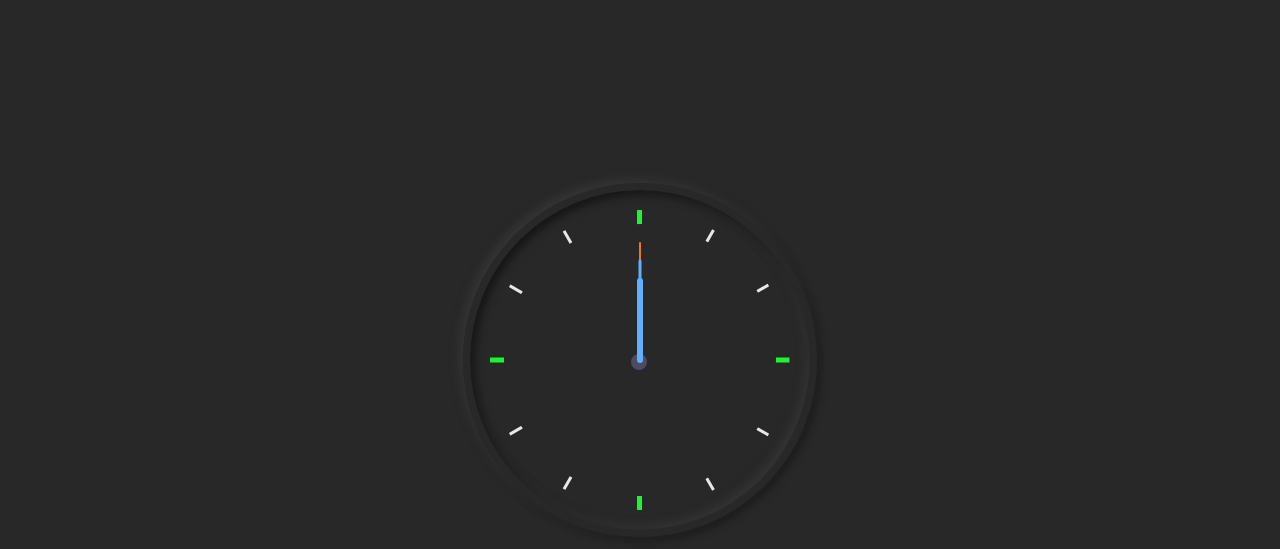
Repository: sunlianglife/code-analysis
Page: css动画/简易时钟/index.html
An editor plug-in stored every save of this project. The page is shown before and after the next save, followed by the edit.
The browser window is 1280 px wide. The pictures show the whole page.

Above is the page before, as saved 2021-08-19 16:19:55.
Console error: TypeError: Cannot read properties of null (reading 'style')

### css动画/简易时钟/index.html
<!DOCTYPE html>
<html lang="en">
<head>
  <meta charset="UTF-8">
  <meta http-equiv="X-UA-Compatible" content="IE=edge">
  <meta name="viewport" content="width=device-width, initial-scale=1.0">
  <title>Document</title>
  <link rel="stylesheet" type="text/css" href="./index.css">
  <script src="./index.js" type="text/javascript"></script>
</head>

<body>
  <div class="clock">
    <div class="outer-clock-face">
      <div class="marking marking-one"></div>
      <div class="marking marking-two"></div>
      <div class="marking marking-three"></div>
      <div class="marking marking-four"></div>
    </div>
    <div class="inner-clock-face">
    </div>
    <div class="hand hour-hand"></div>
    <div class="hand min-hand"></div>
    <div class="hand second-hand"></div>
  </div>

</body>

</html>

### css动画/简易时钟/index.css
html {
  background: #282828;
  text-align: center;
  font-size: 10px;
}

body {
  margin: 0;
  font-size: 2rem;
  display: flex;
  flex: 1;
  min-height: 100vh;
  align-items: center;
}

.clock {
  width: 30rem;
  height: 30rem;
  border: 7px solid #282828;
  box-shadow: -4px -4px 10px rgba(67, 67, 67, 0.5),
    4px 4px 10px rgba(0, 0, 0, 0.3),
    4px 4px 10px rgba(0, 0, 0, 0.5) inset,
    -4px -4px 10px rgba(67, 67, 67, 0.5) inset;
  border-radius: 50%;
  margin: 50px auto;
  position: relative;
  padding: 2rem;
}

.outer-clock-face {
  position: relative;
  width: 100%;
  height: 100%;
  border-radius: 100%;
  background: #282828;
  overflow: hidden;
}

.outer-clock-face::after {
  -webkit-transform: rotate(90deg);
  -moz-transform: rotate(90deg);
  transform: rotate(90deg)
}

.outer-clock-face::before,
.outer-clock-face::after,
.outer-clock-face .marking{
  content: '';
  position: absolute;
  width: 5px;
  height: 100%;
  background: #1df52f;
  z-index: 0;
  left: 49%;
}

.outer-clock-face .marking {
  background: #ebe5ec;
  width: 3px;
}

.outer-clock-face .marking.marking-one {
  transform: rotate(30deg)
}

.outer-clock-face .marking.marking-two {
  transform: rotate(60deg)
}

.outer-clock-face .marking.marking-three {
  transform: rotate(120deg)
}

.outer-clock-face .marking.marking-four {
  transform: rotate(150deg)
}

.inner-clock-face {
  position: absolute;
  top: 10%;
  left: 10%;
  width: 80%;
  height: 80%;
  background: #282828;
  -webkit-border-radius: 100%;
  -moz-border-radius: 100%;
  border-radius: 100%;
  z-index: 1;
}

.inner-clock-face::before {
  content: '';
  position: absolute;
  top: 50%;
  border-radius: 18px;
  margin-left: -9px;
  margin-top: -6px;
  left: 50%;
  width: 16px;
  height: 16px;
  background: #4d4b63;
  z-index: 11;
}

.hand {
  width: 50%;
  right: 50%;
  height: 6px;
  background: #61afff;
  position: absolute;
  top: 50%;
  border-radius: 6px;
  transform-origin: 100%;
  transform: rotate(90deg);
  transition-timing-function: cubic-bezier(0.1, 2.7, 0.58, 1);
}

.hand.hour-hand {
  width: 25%;
  z-index: 3;
}

.hand.min-hand {
  height: 3px;
  z-index: 4;
  width: 30%;
}

.hand.second-hand {
  background: #ee791a;
  width: 35%;
  height: 2px;
  z-index: 2;
}

### css动画/简易时钟/index.js
const secondHand = document.querySelector('.second-hand');
const minsHand = document.querySelector('.min-hand');
const hourHand = document.querySelector('.hour-hand');
debugger
function setDate() {
  const now = new Date();

  const seconds = now.getSeconds(); // second hand rotation
  const secondsDegrees = ((seconds / 60) * 360) + 90;
  secondHand.style.transform = `rotate(${secondsDegrees}deg)`;

  const mins = now.getMinutes(); // minutes hand rotation
  const minsDegrees = ((mins / 60) * 360) + ((seconds / 60) * 6) + 90;
  minsHand.style.transform = `rotate(${minsDegrees}deg)`;

  const hour = now.getHours(); // Hours hand rotation
  const hourDegrees = ((hour / 12) * 360) + ((mins / 60) * 30) + 90;
  hourHand.style.transform = `rotate(${hourDegrees}deg)`;
}

setInterval(setDate, 1000);

setDate();

After the next save:
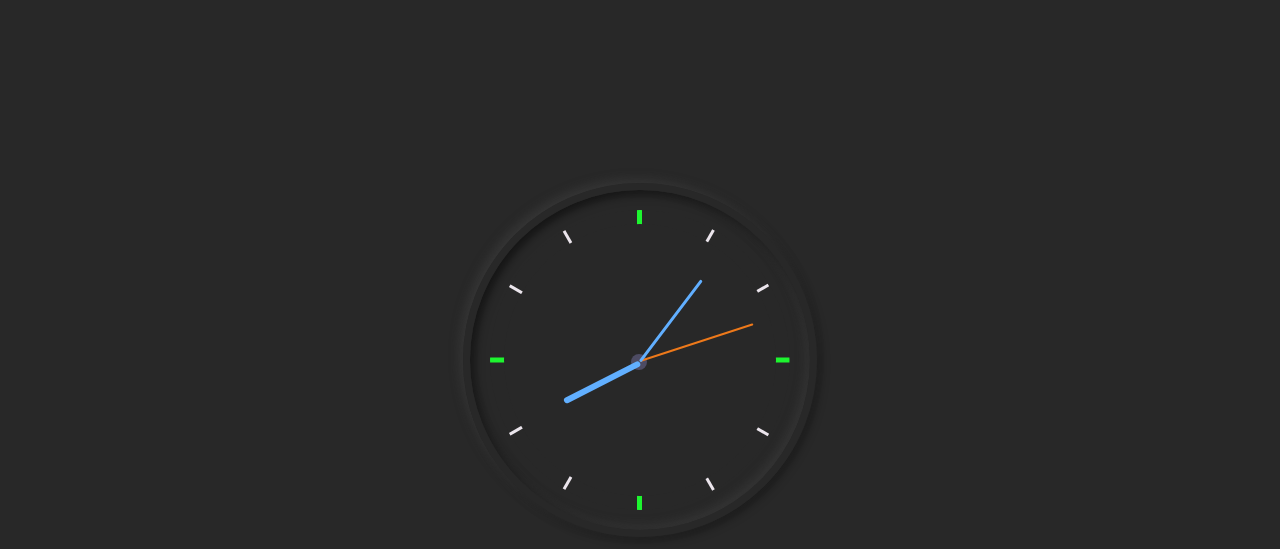
The error is gone.
Saved 72 s later.
--- a/css动画/简易时钟/index.html
+++ b/css动画/简易时钟/index.html
@@ -6,7 +6,7 @@
   <meta name="viewport" content="width=device-width, initial-scale=1.0">
   <title>Document</title>
   <link rel="stylesheet" type="text/css" href="./index.css">
-  <script src="./index.js" type="text/javascript"></script>
+  <!-- <script src="./index.js" type="text/javascript"></script> -->
 </head>
 
 <body>
@@ -23,7 +23,32 @@
     <div class="hand min-hand"></div>
     <div class="hand second-hand"></div>
   </div>
+  <script>
+    const secondHand = document.querySelector('.second-hand');
+    const minsHand = document.querySelector('.min-hand');
+    const hourHand = document.querySelector('.hour-hand');
+    debugger
+    function setDate() {
+      const now = new Date();
 
+      const seconds = now.getSeconds(); // second hand rotation
+      const secondsDegrees = ((seconds / 60) * 360) + 90;
+      secondHand.style.transform = `rotate(${secondsDegrees}deg)`;
+
+      const mins = now.getMinutes(); // minutes hand rotation
+      const minsDegrees = ((mins / 60) * 360) + ((seconds / 60) * 6) + 90;
+      minsHand.style.transform = `rotate(${minsDegrees}deg)`;
+
+      const hour = now.getHours(); // Hours hand rotation
+      const hourDegrees = ((hour / 12) * 360) + ((mins / 60) * 30) + 90;
+      hourHand.style.transform = `rotate(${hourDegrees}deg)`;
+    }
+
+    setInterval(setDate, 1000);
+
+    setDate();
+
+  </script>
 </body>
 
 </html>
